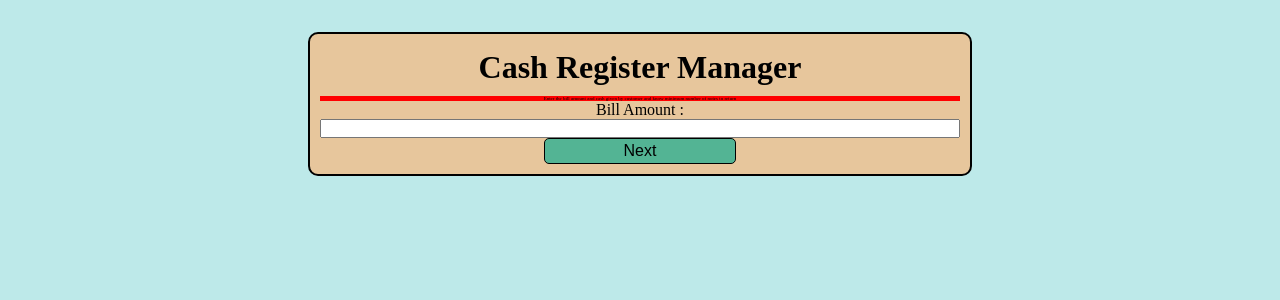
Repository: patelamancode/Cash-register-manager-app
Page: index.html
The author's editor kept a copy of each file at every save. The page is drawn from the files as they stood at one save, then again after the next save.
The browser window is 1280 px wide. The pictures show the whole page.

Above is the page before, as saved 2022-11-18 15:49:50.

### index.html
<!DOCTYPE html>
<html lang="en">

<head>
    <meta charset="UTF-8">
    <meta http-equiv="X-UA-Compatible" content="IE=edge">
    <meta name="viewport" content="width=device-width, initial-scale=1.0">
    <link rel="stylesheet" href="index.css">
    <title>Cash register app</title>
</head>

<body>
    <div id="main-container">
        <h1 class="heading">Cash Register Manager</h1>
        <p id="description">Enter the bill amount and cash given by customer
            and know minimum number of notes to return
        </p>
        <label for="Bill-amount">Bill Amount :</label>
        <input type="text" id="bill-amount">
        <button id="next-btn">Next</button>
        <div class="sub-container">
            <label for="Cash-amount" class="cash-section">User Cash :</label>
            <input type="text" id="cash-amount">
            <button class="check-btn">Check</button>
            <p class="error-message"></p>
            <table class="change-cash">
                <caption>Return Change Cash :</caption>
                <tr>
                    <th>No. of notes</th>
                    <td class="notes-number"></td>
                    <td class="notes-number"></td>
                    <td class="notes-number"></td>
                    <td class="notes-number"></td>
                    <td class="notes-number"></td>
                    <td class="notes-number"></td>
                    <td class="notes-number"></td>
                    <td class="notes-number"></td>
                    <td class="notes-number"></td>
                    <td class="notes-number"></td>
                </tr>
                <tr>
                    <th>Notes</th>
                    <td>2000</td>
                    <td>1000</td>
                    <td>500</td>
                    <td>200</td>
                    <td>100</td>
                    <td>50</td>
                    <td>20</td>
                    <td>10</td>
                    <td>5</td>
                    <td>1</td>
                </tr>
            </table>
        </div>
    </div>

    <script src="index.js"></script>
</body>

</html>

### index.css
*{
    margin: 0;
    padding: 0;
}

body{
    background-color: rgb(189, 233, 233);
}

#main-container{
    display: flex;
    flex-direction: column;
    width: 50vw;
    margin: auto;
    margin-top: 2rem;
    padding: 10px;
    border: 2px solid black;
    border-radius: 10px;
    background-color: rgb(231, 198, 156);
    text-align: center;
}

h1{
    margin-bottom: 10px;
    padding-top: 5px;
}

#description{
    background-color: red;
    font-size: 5px;
}

button{
    width: 30%;
    margin: auto;
    padding: 3px;
    font-size: 1rem;
    font-weight: 500;
    border: 1px solid;
    background-color: rgb(83, 180, 148);
    border-radius: 5px;
}

.sub-container{
    display: none;
    flex-direction: column;
    width: 50vw;
    margin: auto;
}

### index.js
// document.querySelector('.check-btn').addEventListener('click', function(){
//     console.log("Check button is clicked")
// })

const billAmount = document.querySelector('#bill-amount');
const cashAmount = document.querySelector('#cash-amount');
const checkButton = document.querySelector('.check-btn');
const errorMessage = document.querySelector('.error-message');
const notesDisplay = document.querySelectorAll('.notes-number');
// from here
const hideContent = document.querySelector('.sub-container');
const nextButton = document.querySelector('#next-btn');


// Testing console values for all inputs
// checkButton.addEventListener('click', function(){
//     console.log(cashAmount.value);
// })

nextButton.addEventListener('click', function(){
    hideContent.style.display = "flex"
    hideContent.style.flexDirection = "column"
})
// to here

const displayErrorMessage = function (message) {
    errorMessage.style.display = "block";
    errorMessage.style.backgroundColor = "red";
    errorMessage.innerText = message;
}
const hideErrorMessage = function(){
    errorMessage.style.display = "none";

}

const notesArray = [2000, 1000, 500, 200, 100, 50, 20, 10, 5, 1];
const numberOfNotesGiven = function(returnAmount){
    for(let i=0; i< notesArray.length; i++){
        let notesCount = Math.trunc(returnAmount/notesArray[i]);
        returnAmount = returnAmount%notesArray[i];
        notesDisplay[i].innerText = notesCount;
    }
}

checkButton.addEventListener('click', function amountValidation() {
    hideErrorMessage();

    if (billAmount.value > 0) {
        if(cashAmount.value >= billAmount.value){
            const returnAmount = cashAmount.value - billAmount.value;
            numberOfNotesGiven(returnAmount);
        }
        else{
            displayErrorMessage("Invalid Cash value as per Bill amount");
        }
    }
    else {
        displayErrorMessage("Please make sure input bill amount must be positive and non-zero value");
    }
})



// 1550

After the next save:
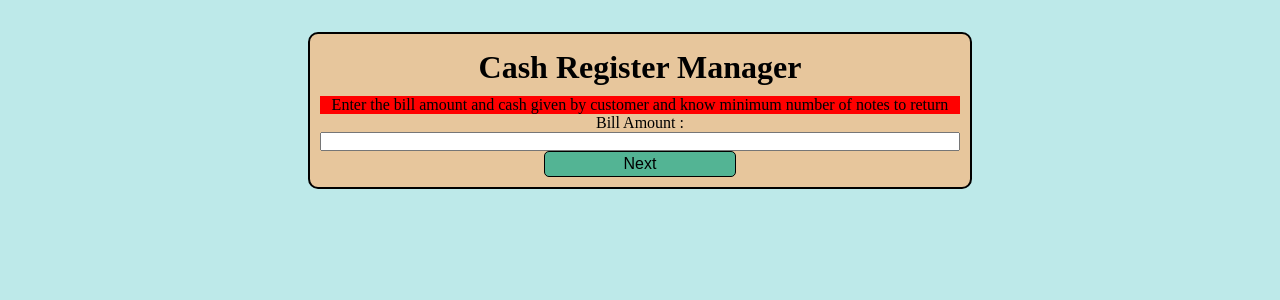
Saved 6 s later.
--- a/index.css
+++ b/index.css
@@ -27,7 +27,7 @@ h1{
 
 #description{
     background-color: red;
-    font-size: 5px;
+    font-size: 1rem;
 }
 
 button{
